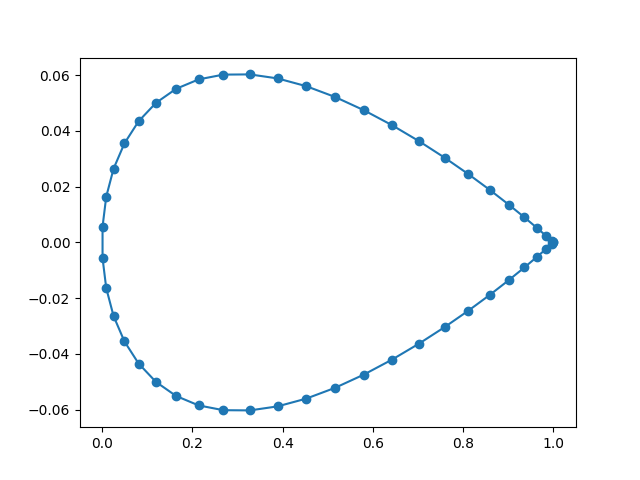
Repository: leiradom/CFDhomework
Script's output: python Laplaceequation/Meshgeneration.py
These files come from the project's save history. The script's output is drawn as it stood at one moment and after the next save; the edit follows.
Random numbers start from a fixed seed.

Above is the script's output before, as saved 2021-04-07 10:14:44.

After the next save:
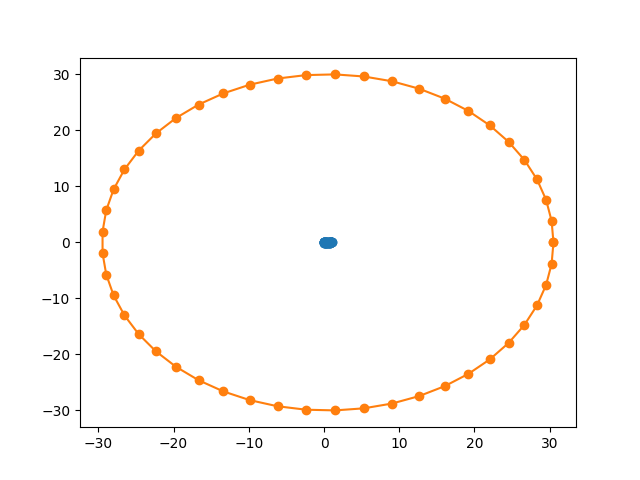
Saved 50 s later.
--- a/Laplaceequation/Meshgeneration.py
+++ b/Laplaceequation/Meshgeneration.py
@@ -44,4 +44,5 @@ for i in range(0,50):
     print(X[i],Y[i])
 
 plt.plot(X,Y,'-o')
-plt.show(X1,Y1)
+plt.plot(X1,Y1,'-o')
+plt.show()
